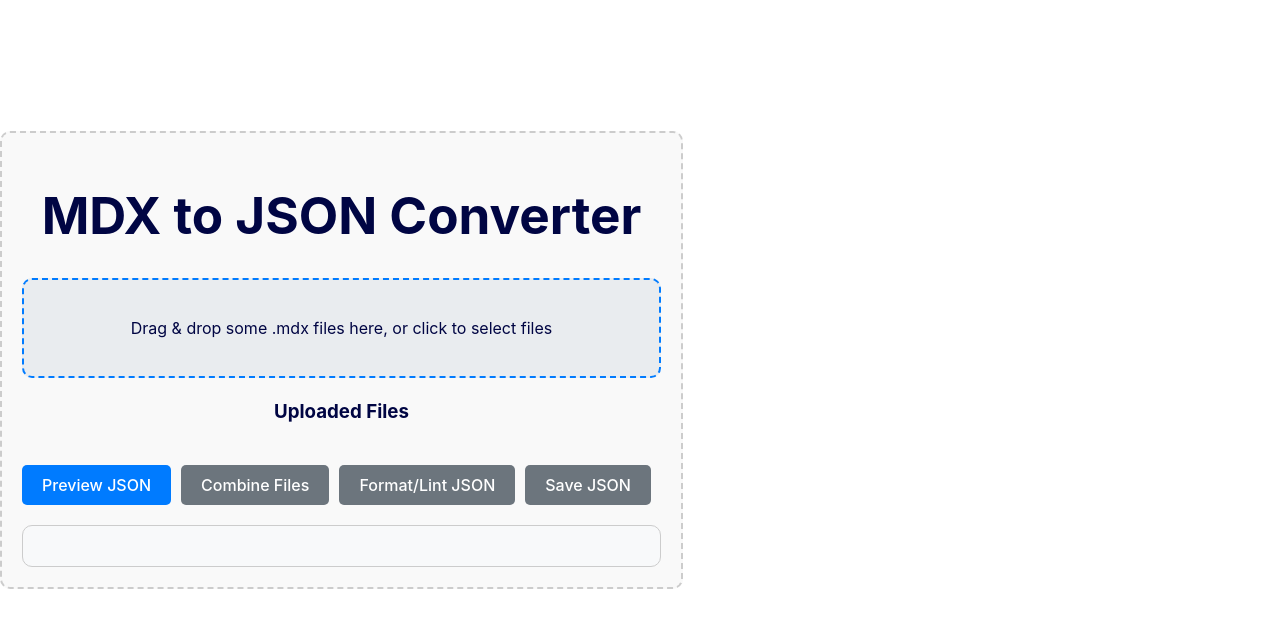
Repository: LayerDynamics/mdx-to-json
Page: /
The author's editor kept a copy of each file at every save. The page is drawn from the files as they stood at one save, then again after the next save.
The browser window is 1280 px wide. The pictures show the whole page.
The project was rebuilt for these pictures with package versions that can differ from the ones it lists, and the page was loaded fresh each time. Also part of the build but not shown: vite.config.ts.

Above is the page before, as saved 2024-08-20 08:18:32.

After the next save:
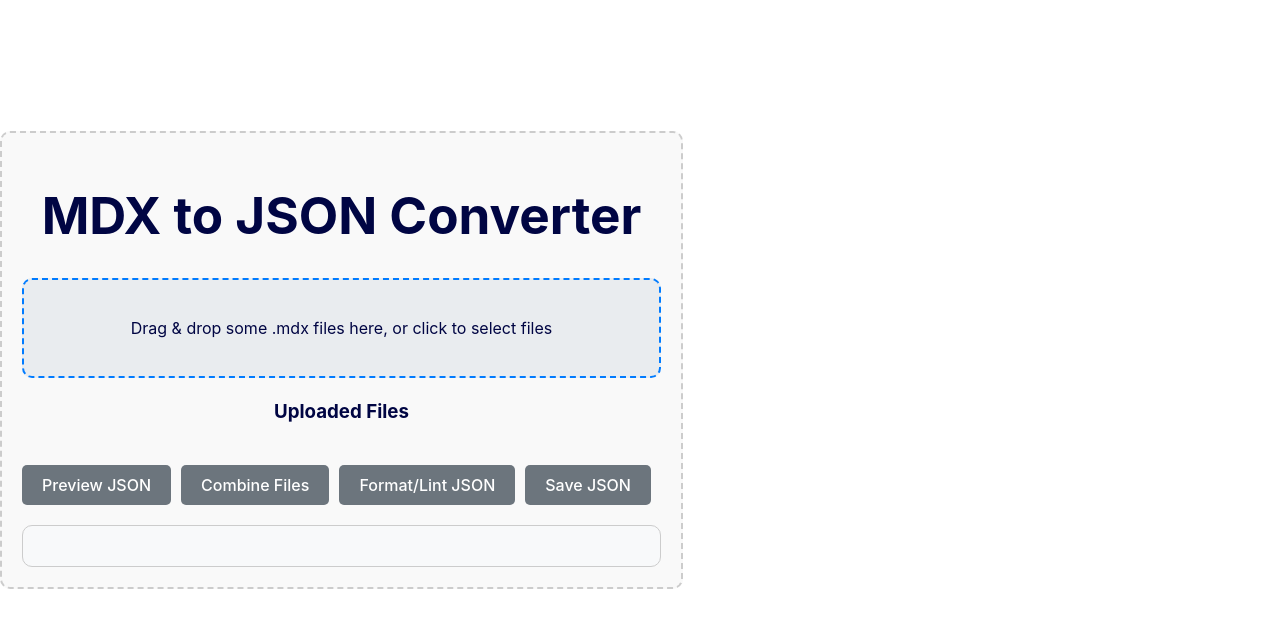
Saved 3 min 30 s later.
--- a/src/App.tsx
+++ b/src/App.tsx
@@ -1,5 +1,4 @@
-// src/App.tsx
-import React, { useState, useCallback } from 'react';
+import React, { useState, useCallback, useEffect } from 'react';
 import { useDropzone } from 'react-dropzone';
 import { parseMDX, createKnowledgeBaseEntry } from './utils/mdxUtils';
 import { Container, Button, DropzoneArea, PreviewContainer } from './styles';
@@ -35,10 +34,14 @@ const App: React.FC = () => {
             entries.push(entry);
         }
 
+        console.log('Preview JSON entries:', entries);  // Debugging line
+
         setJsonEntries(entries);
     };
 
     const handleCombine = () => {
+        console.log('JSON entries before combine:', jsonEntries);  // Debugging line
+
         const combined = jsonEntries.reduce(
             (acc, curr) => ({
                 ...acc,
@@ -51,10 +54,14 @@ const App: React.FC = () => {
             { title: '', tags: [], category: '', content: '', updatedAt: '' }
         );
 
+        console.log('Combined JSON:', combined);  // Debugging line
+
         setCombinedJson(combined);
     };
 
     const handleSave = () => {
+        console.log('Saving JSON:', combinedJson || jsonEntries);  // Debugging line
+
         const blob = new Blob([JSON.stringify(combinedJson || jsonEntries, null, 2)], { type: 'application/json' });
         const url = URL.createObjectURL(blob);
         const link = document.createElement('a');
@@ -74,6 +81,17 @@ const App: React.FC = () => {
         setJsonEntries(formattedEntries);
     };
 
+    // For debugging, you can set some initial dummy data to test
+    // useEffect(() => {
+    //     setJsonEntries([{
+    //         title: 'Test',
+    //         tags: ['tag1'],
+    //         category: 'Category',
+    //         content: 'Test content',
+    //         updatedAt: '2024-08-20T12:00:00Z'
+    //     }]);
+    // }, []);
+
     return (
         <Container>
             <h1>MDX to JSON Converter</h1>
@@ -84,14 +102,10 @@ const App: React.FC = () => {
 
             <FileList files={mdxFiles} onDelete={handleDeleteFile} />
 
-            <Button onClick={handlePreview}>Preview JSON</Button>
-            <Button onClick={handleCombine} disabled={jsonEntries.length < 2}>
-                Combine Files
-            </Button>
+            <Button onClick={handlePreview} disabled={mdxFiles.length === 0}>Preview JSON</Button>
+            <Button onClick={handleCombine} disabled={jsonEntries.length < 2}>Combine Files</Button>
             <FormatButton jsonEntries={jsonEntries} onFormat={handleFormat} />
-            <Button onClick={handleSave} disabled={jsonEntries.length === 0 && !combinedJson}>
-                Save JSON
-            </Button>
+            <Button onClick={handleSave} disabled={jsonEntries.length === 0 && !combinedJson}>Save JSON</Button>
 
             <PreviewContainer>
                 {combinedJson
